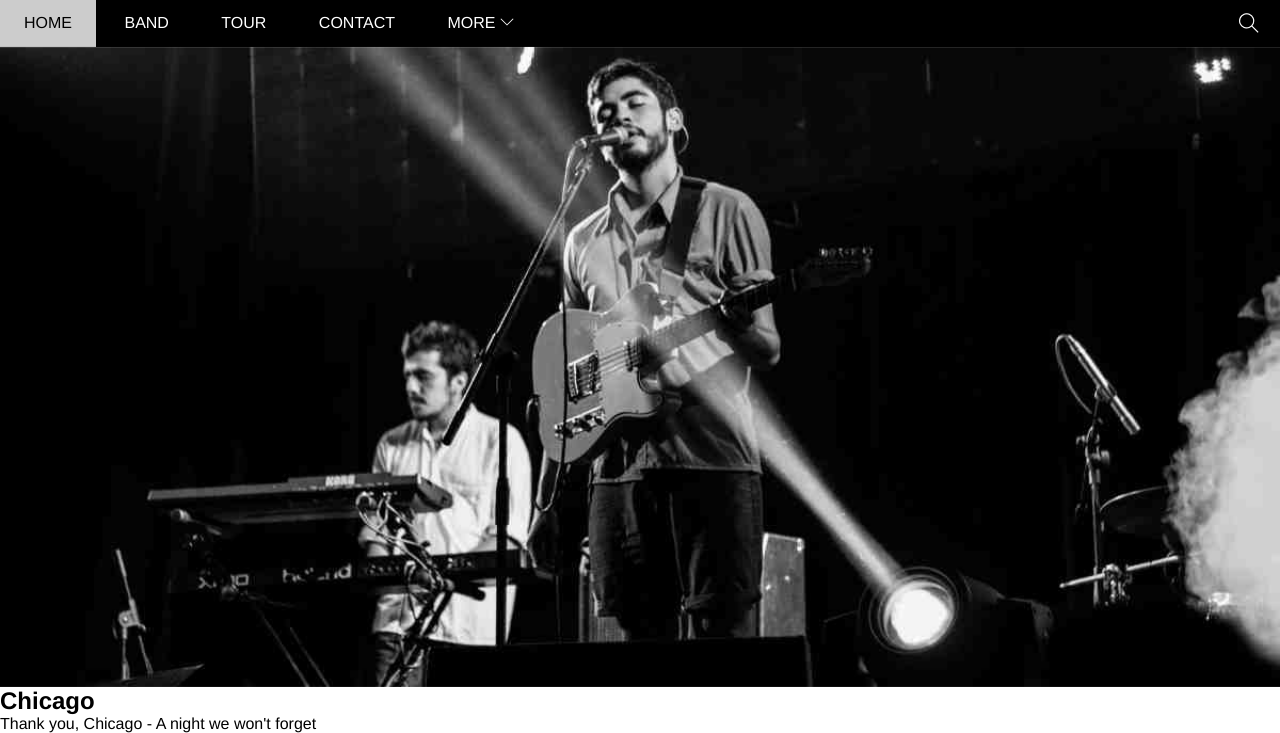
Repository: qhoa25623/The-Band
Page: index.html
These files come from the project's save history. The page is drawn as it stood at one moment and after the next save; the edit follows.
The browser window is 1280 px wide. The pictures show the whole page.

Above is the page before, as saved 2022-04-25 22:46:42.

### index.html
<!DOCTYPE html>
<html lang="en">
  <head>
    <meta charset="UTF-8" />
    <meta http-equiv="X-UA-Compatible" content="IE=edge" />
    <meta name="viewport" content="width=device-width, initial-scale=1.0" />
    <title>Document</title>
    <link rel="stylesheet" href="./assets/css/styles.css" />
    <link
      rel="stylesheet"
      href="./assets/fonts/themify-icons/themify-icons.css"
    />
  </head>
  <body>
    <div id="main">
      <div id="header">
        <ul id="nav">
          <li><a href="">Home</a></li>
          <li><a href="">Band</a></li>
          <li><a href="">Tour</a></li>
          <li><a href="">Contact</a></li>
          <li>
            <a href="">
              More
              <i class="nav-arrow-down ti-angle-down"></i>
            </a>
            <ul class="subnav">
              <li><a href="">Merchandise</a></li>
              <li><a href="">Extras</a></li>
              <li><a href="">Media</a></li>
            </ul>
          </li>
        </ul>
        <div class="search-btn">
          <i class="search-icon ti-search"></i>
        </div>
      </div>
      <div id="slider">
        <div class="text-content">
          <h2 class="text-heading">Chicago</h2>
          <div class="text-description">
            Thank you, Chicago - A night we won't forget
          </div>
        </div>
      </div>
      <div id="content"></div>
      <div id="footer"></div>
    </div>
  </body>
</html>

### assets/css/styles.css
/* Reset CSS */
* {
  padding: 0;
  margin: 0;
  box-sizing: border-box;
}
html {
  font-family: Helvetica, Arial, sans-serif;
}
#main {
}
#header {
  position: fixed;
  top: 0;
  left: 0;
  right: 0;
  height: 46.5px;
  background-color: #000;
}
#nav {
  display: inline-block;
}
#nav,
.subnav {
  list-style-type: none;
}
#nav > li {
  display: inline-block;
}
#nav li {
  position: relative;
}
#nav > li > a {
  color: #fff;
  text-transform: uppercase;
}
#nav li a {
  text-decoration: none;
  line-height: 46.5px;
  padding: 0 24px;
  display: block;
}
#nav li:hover .subnav {
  display: block;
}
#nav > li:hover > a,
#nav .subnav li:hover a {
  color: #000;
  background-color: #ccc;
}
#nav .subnav {
  min-width: 160px;
  top: 100%;
  left: 0;
  display: none;
  position: absolute;
  background-color: #fff;
  box-shadow: 0 0 10px rgba(0, 0, 0, 0.3);
}
#nav .subnav a {
  color: #000;
  padding: 0 16px;
  line-height: 38.5px;
}
#nav .nav-arrow-down {
  font-size: 14px;
}
#header .search-btn {
  float: right;
  padding: 0 21px;
}
#header .search-btn:hover {
  background-color: #f44336;
}
#header .search-icon {
  color: #fff;
  font-size: 20px;
  line-height: 46.5px;
}
#slider {
  position: relative;
  margin-top: 46.5px;
  padding-top: 50%;
  background: url("/assets/img/slider/slider1.jpg") top center / cover no-repeat;
}
#slider .text-content {
  position: absolute;
}
#slider .text-heading {
}
#slider .text-description {
}
#content {
}
#footer {
}

Loaded but not shown: assets/fonts/themify-icons/themify-icons.css (common file)

After the next save:
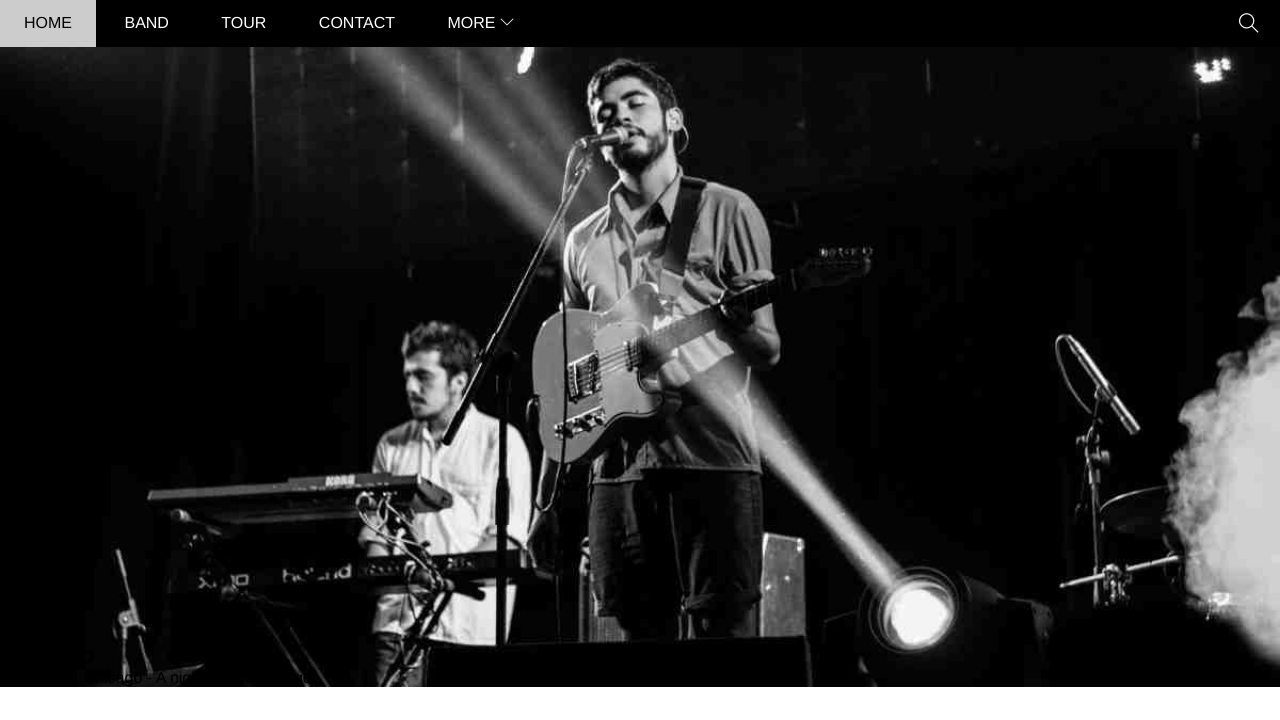
Saved 53 s later.
--- a/assets/css/styles.css
+++ b/assets/css/styles.css
@@ -85,6 +85,7 @@ html {
 }
 #slider .text-content {
   position: absolute;
+  bottom: 0;
 }
 #slider .text-heading {
 }
